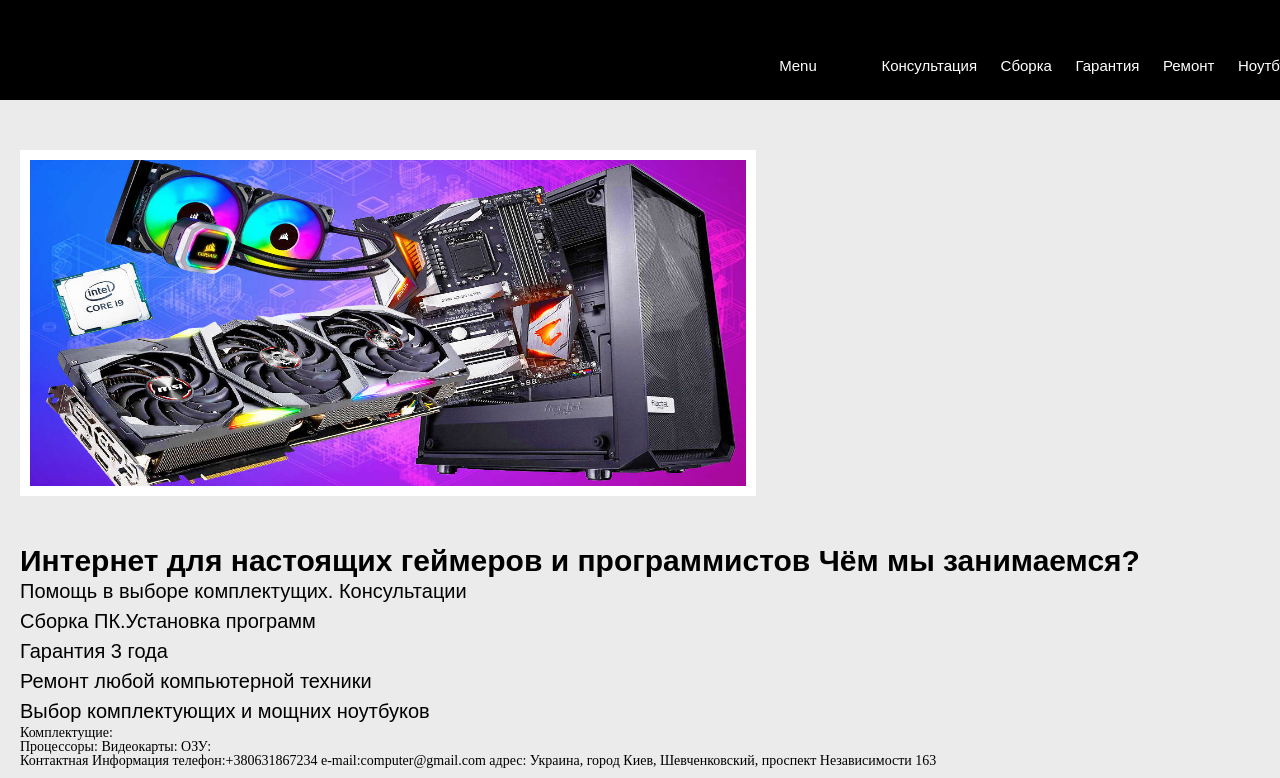
Repository: Bohdan-Sandovenko/First-Project-Flex
Page: index.html
The author's editor kept a copy of each file at every save. The page is drawn from the files as they stood at one save, then again after the next save.
The browser window is 1280 px wide. The pictures show the whole page.
The style sheet was rebuilt from its Sass, Less or Tailwind sources for each picture, by a compiler version that may differ from the author's.

Above is the page before, as saved 2024-07-26 23:24:39.

### index.html
<!DOCTYPE html>
<html lang="en">
<head>
    <meta charset="UTF-8">
    <meta name="viewport" content="width=device-width, initial-scale=1.0">
    <link rel="stylesheet" href="css/style.css">
    <title>Document</title>
</head>
<body>
    <header class="top-of-site">
        <nav class="nav-links-of-top">
            <button class="button-menu">Menu</button>
            <a href="">Консультация</a>
            <a href="">Сборка</a>
            <a href="">Гарантия</a>
            <a href="">Ремонт</a>
            <a href="">Ноутбуки</a>
        </nav>
    </header>
    <main class="content">
        <div class="content-top">
            <div class="content-top-image-block">
                <img src="images/first images.jpg" alt="sorry" class="content-top-image">
            </div>
            <span class="content-top-text-inside">Интернет для настоящих геймеров и программистов
            Чём мы занимаемся?</span>
            <ul class="content-top-list">
                <li>Помощь в выборе комплектущих. Консультации</li>
                <li>Сборка ПК.Установка программ</li>
                <li>Гарантия 3 года</li>
                <li>Ремонт любой компьютерной техники</li>
                <li>Выбор комплектующих и мощних ноутбуков</li>
            </ul>
        </div>
        <div class="content-bottom">
            Комплектущие:
            <div class="photos-computer-compotent">
                Процессоры:
                Видеокарты:
                ОЗУ:
            </div>
        </div>
        <footer class="footer">
            Контактная Информация
            телефон:+380631867234
            e-mail:computer@gmail.com
            адрес: Украина, город Киев, Шевченковский, проспект Независимости 163
        </footer>
    </main>
</body>
</html>

### css/style.scss
@import "nullstyles.scss";
$color-black: black;
$color-white: white;
$color-green: rgb(5, 132, 132);
$color-grey: rgb(196, 199, 199);
$color-content: rgb(235, 235, 235);
$font-family-top: Arial, Helvetica, sans-serif;
$font-weight-header: 400;


.top-of-site {
    width: 100%;
    height: 100px;
    background-color: black;
    padding: 50px;
    position: fixed;

    .nav-links-of-top {
        position: relative;
        top: 50%;
        right: -60%;

        .button-menu {
            margin: 0 40px 0px 0px;
            height: 30px;
            width: 80px;
            border-radius: 5px;
            background-color: $color-black;
            color: $color-white;
            font-family: $font-family-top;
            font-weight: $font-weight-header;
            font-size: 15px;

            &:hover {
                opacity: 0.9;
                border: 1px solid $color-green;
            }

            &:active {
                width: 79.5px;
                color: $color-grey;
            }

        }
    }

    a {
        padding: 0 20px 0 0;
        color: $color-white;
        font-family: Arial, Helvetica, sans-serif;
        font-weight: 400;
        font-size: 15px;
    }
}

////////////////////////////////////////////////////////////////////////////////////////////////
.content {
    padding: 100px 20px 10px 20px;
    background-color: $color-content;

    .content-top {
        .content-top-image-block {
            margin: 50px 0px 50px 0px;

            .content-top-image {
                width: 736px;
                height: 346px;
                border: 10px solid $color-white;
            }
        }

        .content-top-text-inside {
            font-family: $font-family-top;
            font-weight: 700;
            font-size: 30px;
        }

        .content-top-list li {
            font-family: $font-family-top;
            font-size: 20px;
            line-height: 1.5;
        }
    }
}

### css/nullstyles.scss
* {
    padding: 0;
    margin: 0;
    border: 0;
}


*,
*:before,
*:after {
    -webkit-box-sizing: border-box;
    -moz-box-sizing: border-box;
    box-sizing: border-box;
}


:focus,
:active {
    outline: none;
}

a:focus,
a:active {
    outline: none;
}


nav,
footer,
header,
aside {
    display: block;
}


html,
body {
    height: 100%;
    width: 100%;
    font-size: 100%;
    line-height: 1;
    font-size: 14px;
    -ms-text-size-adjust: 100%;
    -moz-text-size-adjust: 100%;
    -webkit-text-size-adjust: 100%;
}


input,
button,
textarea {
    font-family: inherit;
}


input::-ms-clear {
    display: none;
}

button {
    cursor: pointer;
}

button::-moz-focus-inner {
    padding: 0;
    border: 0;
}

a,
a:visited {
    text-decoration: none;
}

a:hover {
    text-decoration: none;
}

ul li {
    list-style: none;
}

img {
    vertical-align: top;
}

h1,
h2,
h3,
h4,
h5,
h6 {
    font-size: inherit;
    font-weight: 400;
}

After the next save:
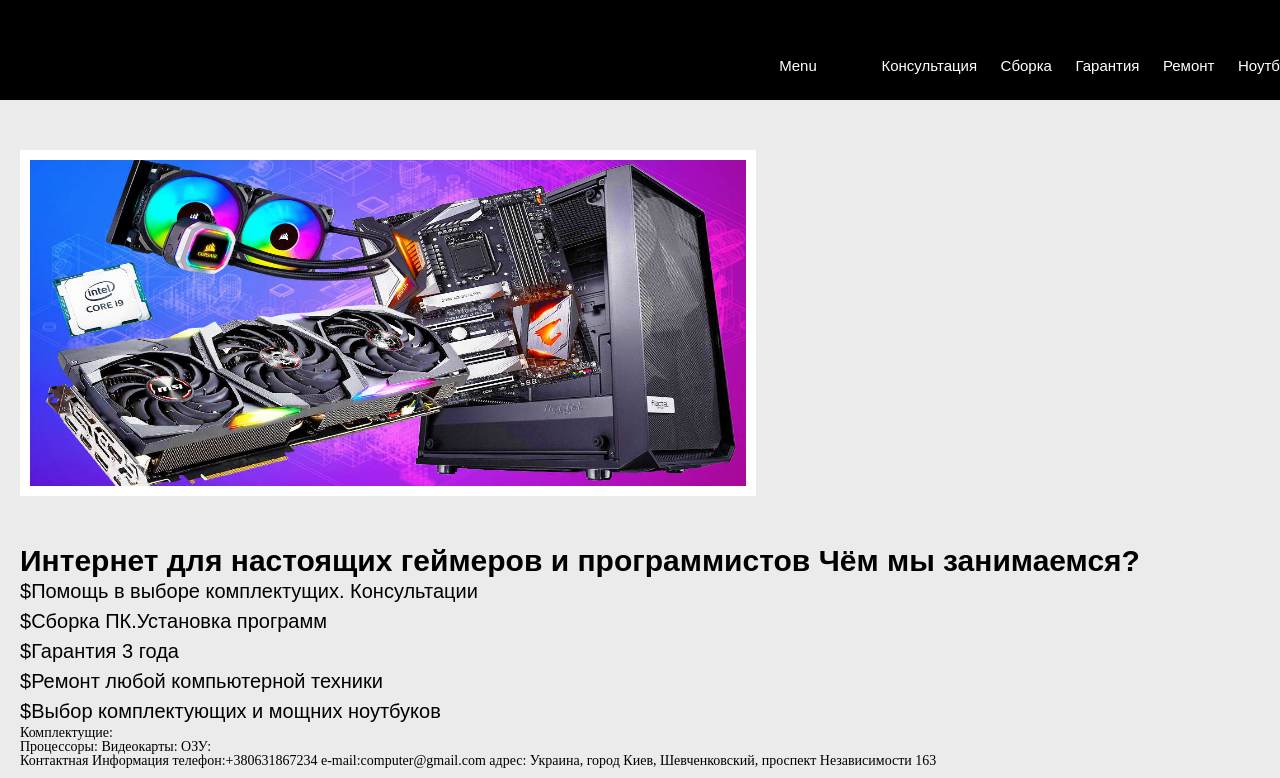
Saved 51 s later.
--- a/css/style.scss
+++ b/css/style.scss
@@ -79,6 +79,10 @@
             font-family: $font-family-top;
             font-size: 20px;
             line-height: 1.5;
+
+            &::before {
+                content: "$";
+            }
         }
     }
 }

After the save that followed:
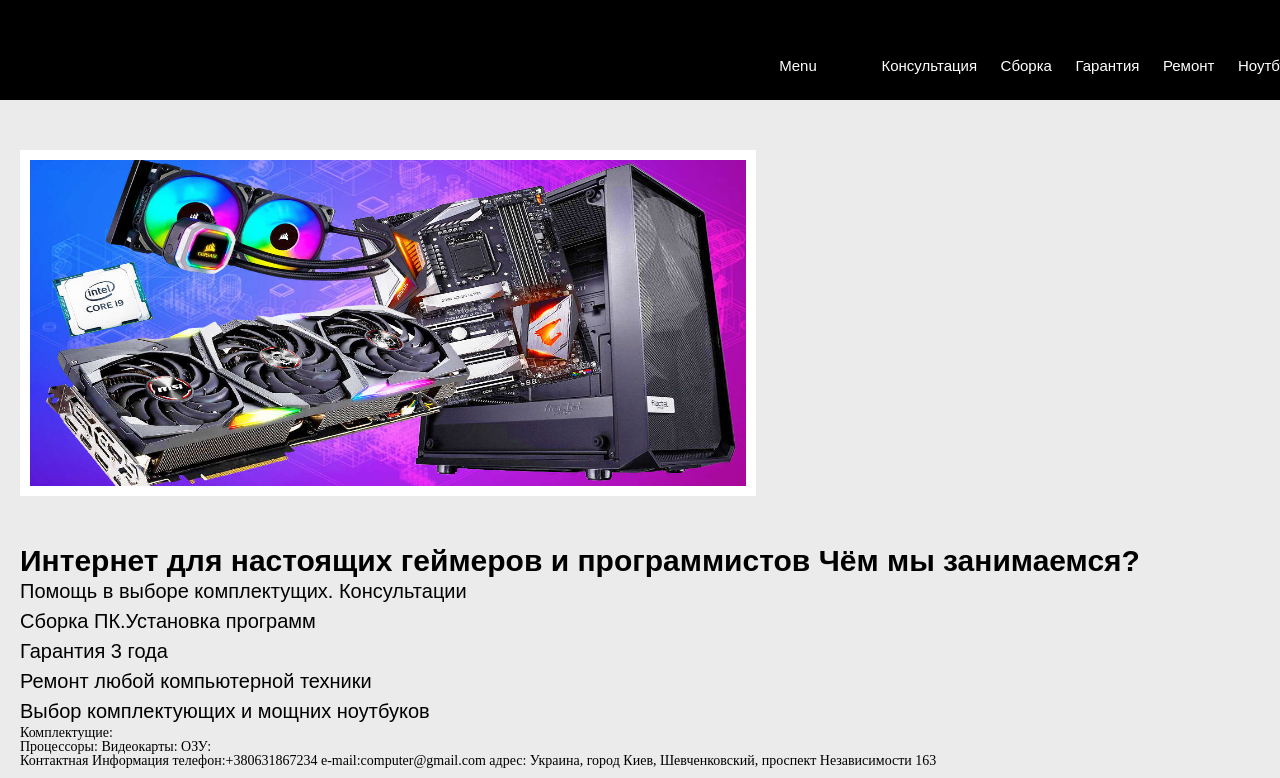
Saved 37 s later.
--- a/css/style.scss
+++ b/css/style.scss
@@ -81,7 +81,9 @@
             line-height: 1.5;
 
             &::before {
-                content: "$";
+                content: "";
+                border-radius: 50%;
+
             }
         }
     }
